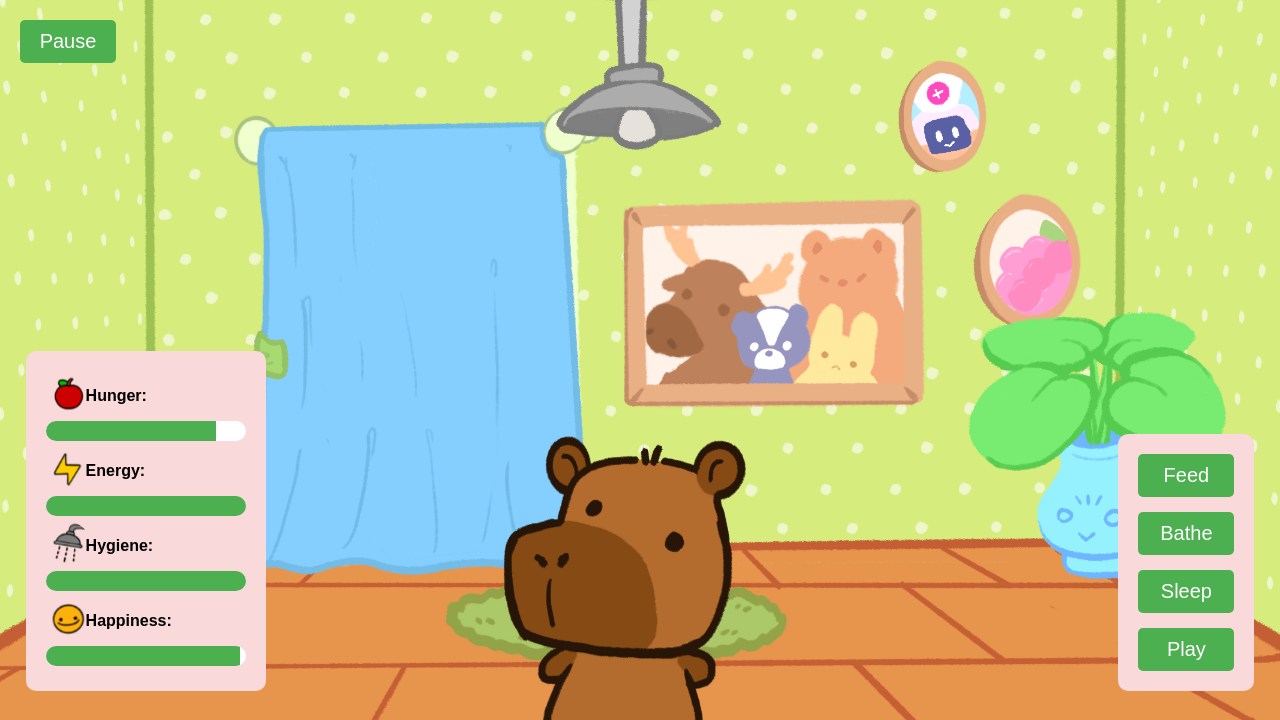
Repository: sarahjx/CapyCare
Page: html/index.html
The author's editor kept a copy of each file at every save. The page is drawn from the files as they stood at one save, then again after the next save.
The browser window is 1280 px wide. The pictures show the whole page.
After loading, the first visible `button[onclick="bedtime(currentPet)"]` was clicked once.
Some web fonts or font styles are not loaded; a fallback is used.

Above is the page before, as saved 2025-05-01 15:12:58.
Console error: TypeError: Cannot set properties of null (setting 'innerText')

### html/index.html
<!-- @format -->

<!DOCTYPE html>
<html lang="en">
  <head>
    <meta charset="UTF-8" />
    <meta name="viewport" content="width=device-width, initial-scale=1.0" />
    <title>Virtual Pet Game</title>
    <link rel="preconnect" href="https://fonts.googleapis.com">
    <link rel="preconnect" href="https://fonts.gstatic.com" crossorigin>
    <link href="https://fonts.googleapis.com/css2?family=McLaren&display=swap" rel="stylesheet">
    <link rel="stylesheet" href="../css/statusbar.css" />
  </head>
  <body>

    <div class="pet-container">
      <img class="pet-image" src="../images/capybara.png" alt="capybara" />
    </div>

    <div class="status-bar-container">

      <div class="status-bar">
        <div class="status-icon-container">
        <span class="hunger-icon"><img src="../images/hunger.svg" alt="hunger icon"></span>
        <span class="status-label">Hunger:</span>
        </div>
        <div class="status-progress">
          <div id="hunger-fill" class="status-fill"></div>
        </div>
        <div id="hunger-warning" class="warning"></div>
      </div>

      <div class="status-bar">
        <div class="status-icon-container">
        <span class="energy-icon"><img src="../images/energy.svg" alt="energy icon"></span>
        <span class="status-label">Energy:</span>
        </div>
        <div class="status-progress">
          <div id="energy-fill" class="status-fill"></div>
        </div>
        <div id="energy-warning" class="warning"></div>
      </div>

      <div class="status-bar">
        <div class="status-icon-container">
        <span class="hygiene-icon"><img src="../images/hygiene.svg" alt="hygiene icon"></span>
        <span class="status-label">Hygiene:</span>
        </div>
        <div class="status-progress">
          <div id="hygiene-fill" class="status-fill"></div>
        </div>
        <div id="hygiene-warning" class="warning"></div>
      </div>

      <div class="status-bar">
        <div class="status-icon-container">
        <span class="happiness-icon"><img src="../images/happiness.svg" alt="hygiene icon"></span>
        <span class="status-label">Happiness:</span>
        </div>
        <div class="status-progress">
          <div id="happiness-fill" class="status-fill"></div>
        </div>
        <div id="happiness-warning" class="warning"></div>
      </div>
    </div>

      <div class="action-buttons">
        <button class="action-button" onclick="feedPet(currentPet)">Feed</button>
        <button class="action-button" onclick="bathePet(currentPet)">Bathe</button>
        <button class="action-button" onclick="bedtime(currentPet)">Sleep</button>
        <button class="action-button" onclick="touchPet(currentPet)">Play</button>
      </div>
      <button class="pause-button" onclick="togglePause()" class="pause-button">
        Pause
      </button>
    </div>

    <div id="gameOverOverlay" class="game-over-overlay">
      <div class="game-over-content">
        <h2>Game Over</h2>
        <p id="gameOverMessage"></p>
        <button onclick="resetGame()">Restart</button>
      </div>
    </div>

    <div id="bedtimeOverlay" class="bedtime-overlay"></div>

    <script src="../backend/status.js"></script>
  </body>
</html>

### css/statusbar.css
/** @format */

:root {
  --primary-color: #f9d9d9;
  --secondary-color: #d9e7f9;
  --tertiary-color: #fff1fb;
  --accent-color: #f7efd7;
  --text-color: #333;
  --spacing-xs: 0.5rem;
  --spacing-sm: 0.75rem;
  --spacing-md: 1rem;
  --spacing-lg: 1.5rem;
  --spacing-xl: 2rem;
  --spacing-xxl: 3rem;
  --font-family: "McLaren", sans-serif;
  --font-size-xs: 0.75rem;
  --font-size-sm: 0.875rem;
  --font-size-md: 1rem;
  --font-size-lg: 1.125rem;
  --font-size-xl: 1.25rem;
  --font-size-xxl: 1.5rem;
}

body {
  font-family: var(--font-family);
  margin: 0 auto;
  padding: 20px;
  background-image: url("../images/LightsOn.PNG");
  background-size: cover;
  background-repeat: no-repeat;
  background-attachment: fixed;
  background-position: center;
  transition: background-image 0.3s ease;
}

body.lights-off {
  background-image: url("../images/LightsOff.PNG");
}

.pet-container {
  display: flex;
  flex-direction: column;
  align-items: center;
  justify-content: center;
}

.pet-image {
  transform: scale(0.3);
  position: fixed;
  margin-top: 1200px;
}

.status-bar-container {
  position: fixed;
  background-color: var(--primary-color);
  padding: 20px;
  border-radius: 10px;
  display: inline-flex;
  flex-direction: column;
  bottom: 4%;
  left: 2%;
}

.status-icon-container {
  display: flex;
  align-items: center;
  margin-bottom: 0;
}

.hunger-icon,
.energy-icon,
.happiness-icon,
.hygiene-icon {
  width: 10px;
  height: auto;
  margin-right: 30px;
}

.status-bar {
  margin: 0;
}

.status-label {
  display: inline-block;
  width: 100px;
  font-weight: bold;
  margin: 0;
}

.status-progress {
  width: 200px;
  height: 20px;
  background-color: #ffffff;
  border-radius: 10px;
  overflow: hidden;
  position: relative;
}

.status-fill {
  height: 100%;
  width: 100%;
  position: absolute;
  left: 0;
  top: 0;
  background-color: #4caf50;
  transition: width 0.3s ease;
}

.status-row {
  display: flex;
  align-items: center;
  gap: 10px;
  margin-bottom: 10px;
}

.status-icon {
  width: 24px;
  height: 24px;
}

.status-value {
  min-width: 50px;
  text-align: right;
  font-weight: bold;
  color: #333;
}

.action-buttons {
  margin-top: 20px;
  display: inline-flex;
  flex-direction: column;
  padding: 20px;
  border-radius: 10px;
  gap: 15px;
  background-color: var(--primary-color);
  position: fixed;
  right: 2%;
  bottom: 4%;
}

button {
  padding: 10px;
  border: none;
  border-radius: 5px;
  background-color: #4caf50;
  color: white;
  cursor: pointer;
  transition: background-color 0.3s;
  width: 6rem;
  font-family: var(--font-family);
  font-weight: 7pt;
  font-size: var(--font-size-xl);
}

button:hover {
  background-color: #45a049;
}

.warning {
  color: #ff9800;
  font-weight: bold;
  margin-top: 5px;
}

.critical {
  color: #f44336;
  font-weight: bold;
  margin-top: 5px;
}

.hidden {
  display: none;
}

.game-over-overlay {
  position: fixed;
  top: 0;
  left: 0;
  right: 0;
  bottom: 0;
  width: 100%;
  height: 100%;
  background-color: rgba(0, 0, 0, 0.2);
  display: none;
  z-index: 1000;
  margin: 0;
  padding: 0;
}

.bedtime-overlay {
  position: fixed;
  top: 0;
  left: 0;
  right: 0;
  bottom: 0;
  width: 100%;
  height: 100%;
  background-color: rgba(0, 0, 0, 0.8);
  display: none;
  z-index: 1000;
  margin: 0;
  padding: 0;
}

.game-over-content {
  position: fixed;
  display: none;
  flex-direction: column;
  justify-content: center;
  align-items: center;
  left: 50%;
  top: 50%;
  transform: translate(-50%, -50%);
  padding: 50px;
  background-color: rgb(0, 0, 0);
  color: white;
  border-radius: 10px;
  z-index: 1001;
  min-width: 300px;
}

### backend/status.js
/** @format */

function Personality(favFood, active, clean, clingy, foodLover, introText) {
  this.favFood = favFood;
  this.active = active;
  this.clean = clean;
  this.clingy = clingy;
  this.foodLover = foodLover;
  this.intro = introText;
}

const mix1 = new Personality(
  "Sunfruit",
  true,
  true,
  true,
  true,
  "This pet is energetic and playful, always ready to explore or play. They love the taste of Sunfruit and will happily eat it when offered, but they'll need constant attention, so expect lots of petting and cuddling. Despite their active nature, they stay clean and are easy to bathe. This pet loves affection and will return it in kind!"
);
const mix2 = new Personality(
  "Snakberry",
  true,
  true,
  false,
  true,
  "This pet is full of energy and loves to make the most of their days. They are particularly fond of Snakberries, which they will devour happily, but they tend to get hungry more often due to their high energy levels. Despite their active nature, they keep themselves clean and are easy to bathe. They're not overly clingy, so while they'll happily spend time with you, they won't be demanding affection constantly."
);
const mix3 = new Personality(
  "Dreamleaf",
  false,
  false,
  true,
  false,
  "This pet is laid-back and enjoys spending time with you, always seeking your company. They love Dreamleaf as a treat, but they're not particularly food-driven and don't get hungry as often. While they may get a little dirty from time to time, they tend to move around when you try to bathe them. Expect them to seek out your attention frequently, and be ready to shower them with love when they come to you for pets."
);

const personalities = [mix1, mix2, mix3];

// Global variables
let currentPet = null;
let hunger = 100;
let energy = 100;
let hygiene = 100;
let happiness = 100;
let isGameOver = false;
let isPaused = false;

// Store interval IDs globally
let hungerInterval = null;
let energyInterval = null;
let hygieneInterval = null;
let happinessInterval = null;

// Initialize the game
function initializeGame() {
  currentPet = getRandomPersonality();
  hunger = 100;
  energy = 100;
  hygiene = 100;
  happiness = 100;
  updateStatusBars();
  updateIntervals();
}

function getRandomPersonality() {
  const randomIndex = Math.floor(Math.random() * personalities.length);
  currentPet = personalities[randomIndex];
  console.log("New pet initialized:", currentPet.intro);
  return currentPet;
}

// Personality-based status decrease functions
function decreaseHunger() {
  if (!currentPet || isGameOver) return;
  const decreaseAmount = currentPet.foodLover ? 15 : 10;
  hunger = Math.max(0, hunger - decreaseAmount);
  updateStatusBars();
  if (hunger === 0 && checkGameOver()) return;
}

function decreaseEnergy() {
  if (!currentPet || isGameOver) return;
  const decreaseAmount = currentPet.active ? 15 : 10;
  energy = Math.max(0, energy - decreaseAmount);
  updateStatusBars();
  if (energy === 0 && checkGameOver()) return;
}

function decreaseHygiene() {
  if (!currentPet || isGameOver) return;
  const decreaseAmount = currentPet.clean ? 8 : 12;
  hygiene = Math.max(0, hygiene - decreaseAmount);
  updateStatusBars();
  if (hygiene === 0 && checkGameOver()) return;
}

function decreaseHappiness() {
  if (!currentPet || isGameOver) return;
  const decreaseAmount = currentPet.clingy ? 15 : 10;
  happiness = Math.max(0, happiness - decreaseAmount);
  updateStatusBars();
  if (happiness === 0 && checkGameOver()) return;
}

// Update intervals with personality-based timing
function updateIntervals() {
  // Clear any existing intervals
  if (hungerInterval) clearInterval(hungerInterval);
  if (energyInterval) clearInterval(energyInterval);
  if (hygieneInterval) clearInterval(hygieneInterval);
  if (happinessInterval) clearInterval(happinessInterval);

  // Set new intervals based on personality
  hungerInterval = setInterval(
    () => {
      decreaseHunger();
      warning();
    },
    currentPet.foodLover ? 6000 : 8000
  );

  energyInterval = setInterval(
    () => {
      decreaseEnergy();
      warning();
    },
    currentPet.active ? 8000 : 12000
  );

  hygieneInterval = setInterval(
    () => {
      decreaseHygiene();
      warning();
    },
    currentPet.clean ? 18000 : 15000
  );

  happinessInterval = setInterval(
    () => {
      decreaseHappiness();
      warning();
    },
    currentPet.clingy ? 8000 : 10000
  );

  console.log("Intervals updated for pet:", currentPet.intro);
}

// Pause game function
function pauseGame() {
  if (hungerInterval) clearInterval(hungerInterval);
  if (energyInterval) clearInterval(energyInterval);
  if (hygieneInterval) clearInterval(hygieneInterval);
  if (happinessInterval) clearInterval(happinessInterval);
  console.log("Game paused");
}

// Resume game function
function resumeGame() {
  updateIntervals();
  console.log("Game resumed");
}

function touchPet(personality) {
  if (personality.clingy) {
    gainStatus("happiness");
    console.log("Your pet loves the attention!");
  } else {
    loseStatus("happiness");
    console.log("Your pet prefers their space.");
  }
}

function feedPet(personality) {
  gainStatus("hunger"); // Always increase hunger
  if (personality.foodLover) {
    gainStatus("happiness");
    console.log("Your pet loves the food!");
  } else {
    loseStatus("happiness");
    console.log("Your pet isn't very interested in food.");
  }
}

function bathePet(personality) {
  gainStatus("hygiene"); // Always increase hygiene
  if (personality.clean) {
    gainStatus("happiness");
    console.log("Your pet enjoys being clean!");
  } else {
    loseStatus("happiness");
    console.log("Your pet doesn't like baths.");
  }
}

function bedtime(personality) {
  const petImage = document.querySelector(".pet-image");
  if (petImage) {
    // Store the current image to return to
    const currentImage = petImage.src;

    // Show sleeping animation and turn off lights
    petImage.src = "../images/Sleeping.PNG";
    document.body.classList.add("lights-off");

    // After 3 seconds, restore the previous state
    setTimeout(() => {
      updatePetImage();
      document.body.classList.remove("lights-off");
    }, 3000);
  }

  gainStatus("energy"); // Always increase energy
  if (personality.active) {
    loseStatus("happiness");
    console.log("Your pet is too energetic to sleep!");
  } else {
    gainStatus("happiness");
    console.log("Your pet enjoys resting.");
  }
}

function gainStatus(category) {
  switch (category) {
    case "hunger":
      if (hunger >= 100) {
        console.log("Hunger is full!");
      } else if (hunger < 100) {
        hunger += 10;
        console.log("Hunger: " + hunger);
      }
      break;
    case "energy":
      if (energy >= 100) {
        console.log("Energy is full!");
      } else if (energy < 100) {
        energy += 10;
        console.log("Energy: " + energy);
      }
      break;
    case "hygiene":
      if (hygiene >= 100) {
        console.log("Hygiene is full!");
      } else if (hygiene < 100) {
        hygiene += 10;
        console.log("Hygiene: " + hygiene);
      }
      break;
    case "happiness":
      if (happiness >= 100) {
        console.log("Happiness is full!");
      } else if (happiness < 100) {
        happiness += 10;
        console.log("Happiness: " + happiness);
      }
      break;
    default:
      console.log("Invalid category");
  }
}

function loseStatus(category) {
  switch (category) {
    case "hunger":
      if (hunger <= 0) {
        console.log("Hunger is empty!");
        hunger = 0;
      } else if (hunger > 0) {
        hunger -= 10;
        console.log("Hunger: " + hunger);
      }
      break;
    case "energy":
      if (energy <= 0) {
        console.log("Energy is empty!");
        energy = 0;
      } else if (energy > 0) {
        energy -= 10;
        console.log("Energy: " + energy);
      }
      break;
    case "hygiene":
      if (hygiene <= 0) {
        console.log("Hygiene is empty!");
        hygiene = 0;
      } else if (hygiene > 0) {
        hygiene -= 10;
        console.log("Hygiene: " + hygiene);
      }
      break;
    case "happiness":
      if (happiness <= 0) {
        console.log("Happiness is empty!");
        happiness = 0;
      } else if (happiness > 0) {
        happiness -= 3;
        console.log("Happiness: " + happiness);
      }
      break;
    default:
      console.log("Invalid category");
  }
}

function warning() {
  // Hunger warnings
  if (hunger <= 50 && hunger > 20) {
    document.getElementById("hunger-warning").textContent =
      "Your pet is getting hungry!";
    document.getElementById("hunger-warning").className = "warning";
  } else if (hunger <= 20 && hunger > 0) {
    document.getElementById("hunger-warning").textContent =
      "Your pet is starving!";
    document.getElementById("hunger-warning").className = "critical";
  } else {
    document.getElementById("hunger-warning").textContent = "";
  }

  // Energy warnings
  if (energy <= 50 && energy > 20) {
    document.getElementById("energy-warning").textContent =
      "Your pet is getting tired!";
    document.getElementById("energy-warning").className = "warning";
  } else if (energy <= 20 && energy > 0) {
    document.getElementById("energy-warning").textContent =
      "Your pet is exhausted!";
    document.getElementById("energy-warning").className = "critical";
  } else {
    document.getElementById("energy-warning").textContent = "";
  }

  // Hygiene warnings
  if (hygiene <= 50 && hygiene > 20) {
    document.getElementById("hygiene-warning").textContent =
      "Your pet needs a bath!";
    document.getElementById("hygiene-warning").className = "warning";
  } else if (hygiene <= 20 && hygiene > 0) {
    document.getElementById("hygiene-warning").textContent =
      "Your pet is filthy!";
    document.getElementById("hygiene-warning").className = "critical";
  } else {
    document.getElementById("hygiene-warning").textContent = "";
  }

  // Happiness warnings
  if (happiness <= 50 && happiness > 20) {
    document.getElementById("happiness-warning").textContent =
      "Your pet is getting sad!";
    document.getElementById("happiness-warning").className = "warning";
  } else if (happiness <= 20 && happiness > 0) {
    document.getElementById("happiness-warning").textContent =
      "Your pet is depressed!";
    document.getElementById("happiness-warning").className = "critical";
  } else {
    document.getElementById("happiness-warning").textContent = "";
  }
}

function checkGameOver() {
  if (hunger <= 0 || energy <= 0 || hygiene <= 0 || happiness <= 0) {
    isGameOver = true;
    pauseGame();
    showGameOver();
    return true;
  }
  return false;
}

function showGameOver() {
  let reason = "";
  if (hunger <= 0) reason = "Your pet starved to death!";
  else if (energy <= 0) reason = "Your pet died from exhaustion!";
  else if (hygiene <= 0) reason = "Your pet died from poor hygiene!";
  else if (happiness <= 0) reason = "Your pet died from sadness!";

  console.log("GAME OVER: " + reason);
  document.getElementById("gameOverMessage").textContent = reason;
  document.getElementById("gameOverOverlay").style.display = "block";
  document.querySelector(".game-over-content").style.display = "flex";
}

function resetGame() {
  isGameOver = false;
  hunger = 100;
  energy = 100;
  hygiene = 100;
  happiness = 100;
  document.getElementById("gameOverOverlay").style.display = "none";
  document.querySelector(".game-over-content").style.display = "none";
  currentPet = getRandomPersonality();
  updateStatusBars();
  updateIntervals();
}

function togglePause() {
  isPaused = !isPaused;
  const pauseButton = document.getElementById("pauseButton");
  const buttons = document.querySelectorAll(
    ".buttons button:not(#pauseButton)"
  );

  if (isPaused) {
    pauseButton.textContent = "Resume";
    pauseButton.classList.add("paused");
    buttons.forEach((button) => (button.disabled = true));
    pauseGame();
  } else {
    pauseButton.textContent = "Pause";
    pauseButton.classList.remove("paused");
    buttons.forEach((button) => (button.disabled = false));
    resumeGame();
  }
}

// Update status bars
function updateStatusBars() {
  // Update the width of each status bar
  document.getElementById("hunger-fill").style.width = hunger + "%";
  document.getElementById("energy-fill").style.width = energy + "%";
  document.getElementById("happiness-fill").style.width = happiness + "%";
  document.getElementById("hygiene-fill").style.width = hygiene + "%";

  // Update pet image based on status
  updatePetImage();
}

// Override console.log to update UI
const originalConsoleLog = console.log;
console.log = function () {
  originalConsoleLog.apply(console, arguments);
  updateStatusBars();
};

// Simple toggle function
function toggleActions() {
  document.getElementById("action-buttons-column").classList.toggle("hidden");
  document.getElementById("toggle-button").classList.toggle("hidden");
}

// Initialize the game when the page loads
window.addEventListener("load", function () {
  initializeGame();
  // Update status bars every second
  setInterval(updateStatusBars, 1000);
});

// stopwatch

let [hours, minutes, seconds] = [0, 0, 0];
let timer = null;

function updateDisplay() {
  document.getElementById("display").innerText =
    `${String(hours).padStart(2, "0")}:` +
    `${String(minutes).padStart(2, "0")}:` +
    `${String(seconds).padStart(2, "0")}`;
}

function stopwatch() {
  seconds++;
  if (seconds === 60) {
    seconds = 0;
    minutes++;
    if (minutes === 60) {
      minutes = 0;
      hours++;
    }
  }
  updateDisplay();
}

function start() {
  if (timer !== null) return;
  timer = setInterval(stopwatch, 1000);
}

function stop() {
  clearInterval(timer);
  timer = null;
}

function reset() {
  stop();
  [hours, minutes, seconds] = [0, 0, 0];
  updateDisplay();
}

updateDisplay();

function updatePetImage() {
  const petImage = document.querySelector(".pet-image");
  if (!petImage) return;

  // Check if any status is 0 (dead)
  if (hunger <= 0 || energy <= 0 || hygiene <= 0 || happiness <= 0) {
    petImage.src = "../images/Fuckingdead.PNG";
    return;
  }

  // Check for multiple states
  if (hunger <= 60 && hygiene <= 60 && energy <= 60) {
    petImage.src = "../images/Dirty:Hungry:Tired.PNG";
  } else if (hunger <= 60 && hygiene <= 60) {
    petImage.src = "../images/Dirty:hungry.PNG";
  } else if (hunger <= 60 && energy <= 60) {
    petImage.src = "../images/Hungry:Tired.PNG";
  } else if (hygiene <= 60 && energy <= 60) {
    petImage.src = "../images/Dirty:Tired.PNG";
  } else if (energy <= 60) {
    petImage.src = "../images/Sleepy.PNG";
  } else if (hunger <= 60) {
    petImage.src = "../images/Hungry.PNG";
  } else if (hygiene <= 60) {
    petImage.src = "../images/Dirty.PNG";
  } else {
    petImage.src = "../images/Idle.PNG";
  }
}

After the next save:
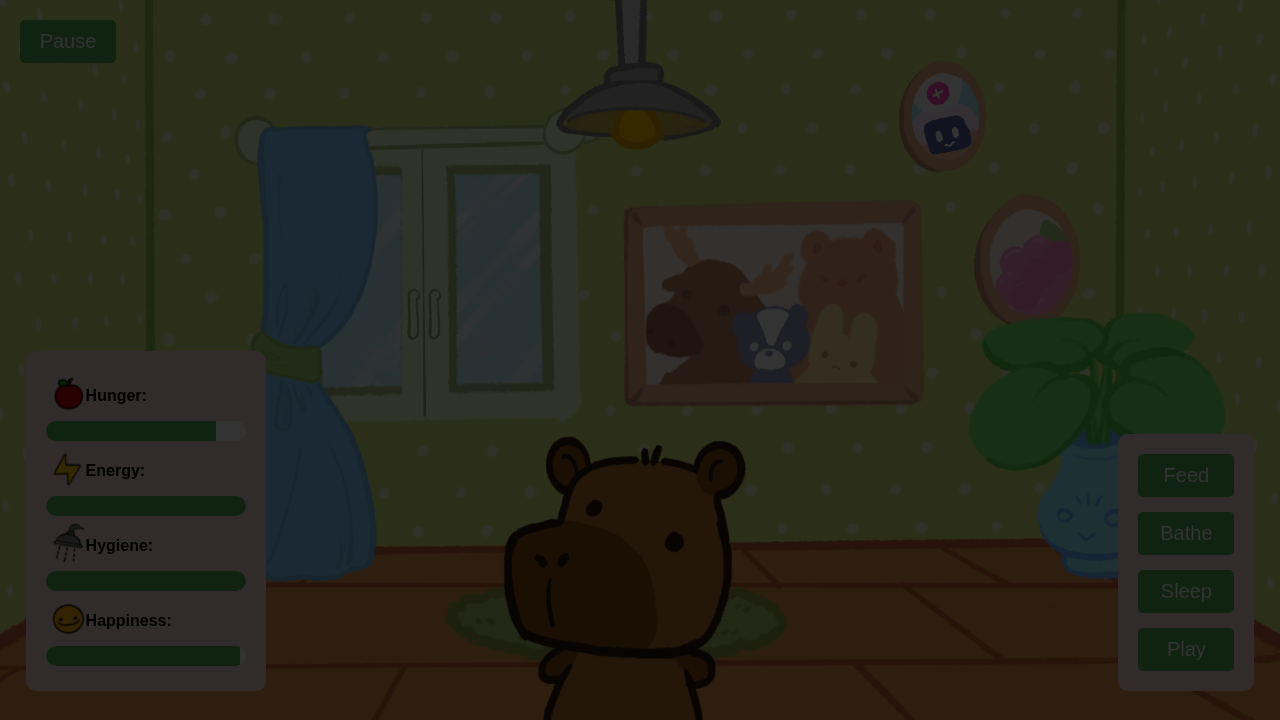
Saved 8 s later.
--- a/backend/status.js
+++ b/backend/status.js
@@ -201,12 +201,12 @@ function bedtime(personality) {
 
     // Show sleeping animation and turn off lights
     petImage.src = "../images/Sleeping.PNG";
-    document.body.classList.add("lights-off");
+    document.getElementById("bedtimeOverlay").style.display = "block";
 
     // After 3 seconds, restore the previous state
     setTimeout(() => {
       updatePetImage();
-      document.body.classList.remove("lights-off");
+      document.getElementById("bedtimeOverlay").style.display = "none";
     }, 3000);
   }
 
